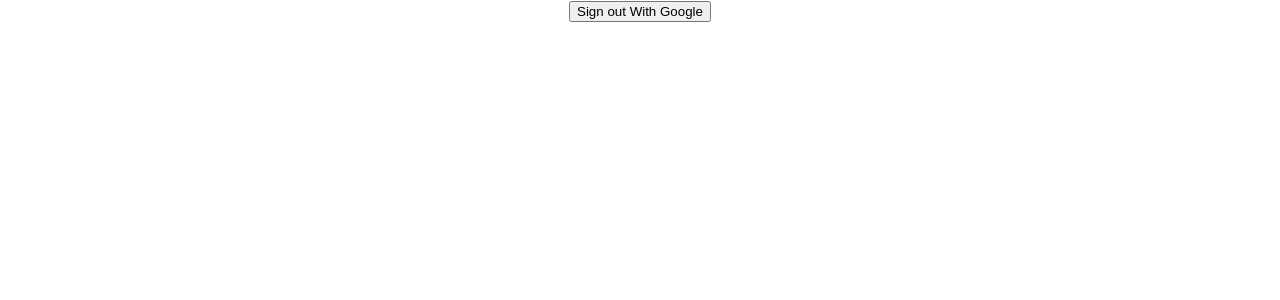
Repository: Baskaran-Ra/ReactJs-GoogleAuth
Page: / (app in google-login/)
An editor plug-in stored every save of this project. The page is shown before and after the next save, followed by the edit.
The browser window is 1280 px wide. The pictures show the whole page.
The page's requests for data from a server got no answer. The project was rebuilt for these pictures with package versions that can differ from the ones it lists, and the page was loaded fresh each time. No one was signed in, and anything a server would have sent is missing.

Above is the page before, as saved 2022-12-19 18:16:08.

### google-login/src/App.js

import { signInWithGoogle,signOutWithGoogle } from "./Firebase";
import './App.css';


function App() {
  const logout=() =>{
    localStorage.clear()
    window.location.reload()
  }
  return (
    <div className="App">
     {/* <button onClick={signInWithGoogle}>Sign In With Google </button> */}
     <button onClick={logout}>Sign out With Google </button>

     <h1>{localStorage.getItem("name")}</h1>
     <h1>{localStorage.getItem("email")}</h1>
     <img src={localStorage.getItem("profilePic")}/>

    </div>

  );

}


export default App;

### google-login/src/Firebase.js


import { initializeApp } from "firebase/app";
import { getAnalytics } from "firebase/analytics";
import { getAuth, GoogleAuthProvider,signInWithPopup,signOut } from "firebase/auth";



const firebaseConfig = {
  apiKey: "AIzaSyAFiYyglWyqAOcW5AQTUlDQTxCx0l02wak",
  authDomain: "charismatic-age-372110.firebaseapp.com",
  projectId: "charismatic-age-372110",
  storageBucket: "charismatic-age-372110.appspot.com",
  messagingSenderId: "29021198630",
  appId: "1:29021198630:web:ae29b08742088ca38089e7",
  measurementId: "G-Q81R1VVPJB"
};


const app = initializeApp(firebaseConfig);
const analytics = getAnalytics(app);
export const auth = getAuth(app)
const provider = new GoogleAuthProvider()
export const signInWithGoogle = () => {
    signInWithPopup(auth,provider).then((result) =>{
        const name = result.user.displayName;
        const email = result.user.email;
        const profilePic = result.user.photoURL;

        localStorage.setItem("name",name);
        localStorage.setItem("email",email);
        localStorage.setItem("profilePic",profilePic);

    }).catch((error) => {
        console.error();
    });

}
export const signOutWithGoogle = () => {

    signOutWithGoogle(auth).then(() => {
  // Sign-out successful.
}).catch((error) => {
  // An error happened.
});
}

Loaded but not shown: google-login/public/index.html (common file); google-login/src/index.js (common file); google-login/src/index.css (common file); google-login/src/reportWebVitals.js (common file); google-login/src/App.css (common file)

After the next save:
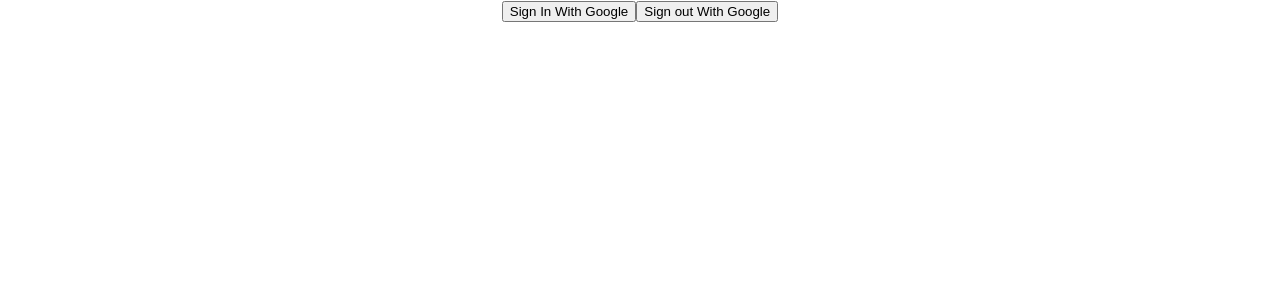
Saved 9 s later.
--- a/google-login/src/App.js
+++ b/google-login/src/App.js
@@ -10,7 +10,7 @@
   }
   return (
     <div className="App">
-     {/* <button onClick={signInWithGoogle}>Sign In With Google </button> */}
+     <button onClick={signInWithGoogle}>Sign In With Google </button>
      <button onClick={logout}>Sign out With Google </button>
 
      <h1>{localStorage.getItem("name")}</h1>
